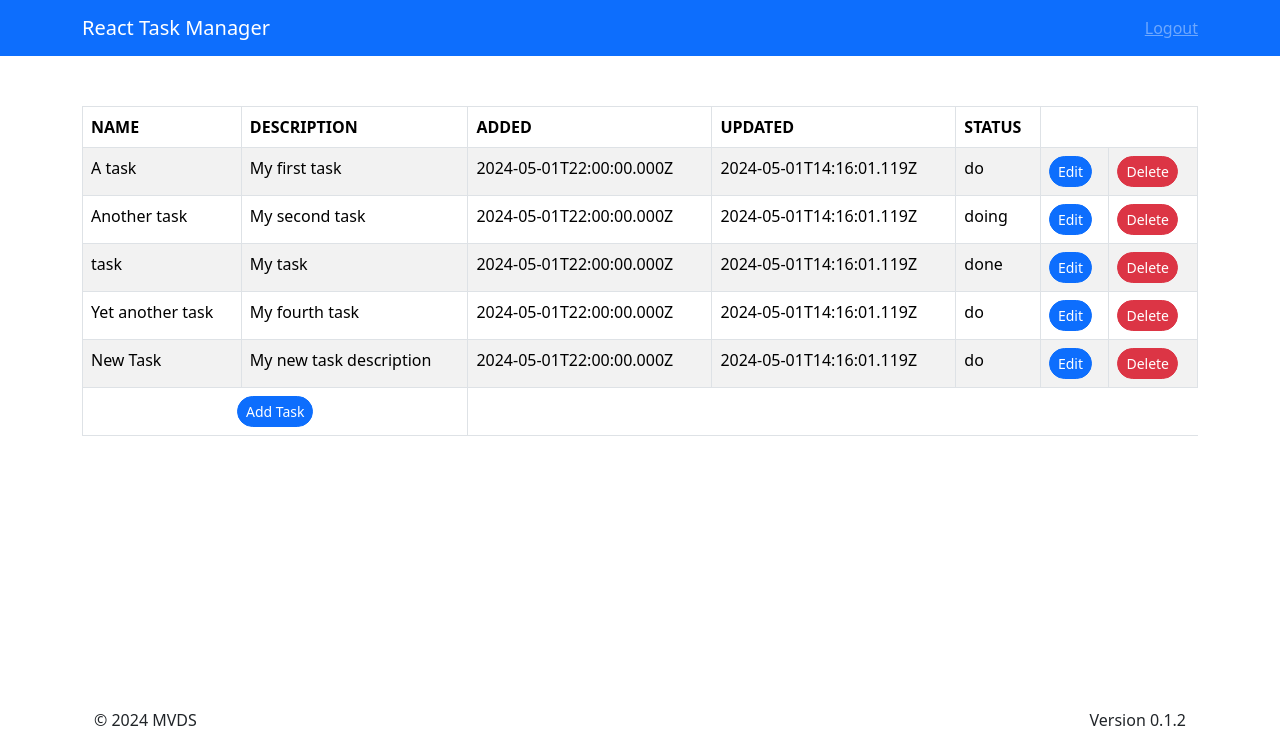
Repository: trider/react-task-manager
Page: /#/tasks
The author's editor kept a copy of each file at every save. The page is drawn from the files as they stood at one save, then again after a run of saves.
The browser window is 1280 px wide. The pictures show the whole page.
The project was rebuilt for these pictures with package versions that can differ from the ones it lists, and the page was loaded fresh each time. Also part of the build but not shown: src/App.css, src/data/_Users.js, src/pages/Login.js.

Above is the page before, as saved 2024-05-10 09:32:28.

### src/App.js
// import logo from './logo.svg';
import './App.css';
import 'bootstrap/dist/css/bootstrap.min.css';
// import { BrowserRouter, Routes, Route } from "react-router-dom";
import {HashRouter as Router, Routes, Route} from "react-router-dom";
import LoginForm from "./pages/Login";
import TaskList from "./pages/Task";

// const path = process.env.REACT_APP_FOR_PATH;

function App() {
  return (
    <div>
      <Router baseline="/">
        <Routes>
          <Route index element={<LoginForm />} />
            <Route path="login" element={<LoginForm />} />
            <Route path="tasks" element={<TaskList />} />
        </Routes>
      </Router>
    </div>
  );
}

export default App;

### src/pages/Task.js
import * as React from 'react';

import { useState } from 'react';
import { useReducer } from 'react';

import Table from 'react-bootstrap/Table';
import Container from 'react-bootstrap/Container';
import Button from 'react-bootstrap/Button';
import Form from 'react-bootstrap/Form';

import NavbarComponent from '../components/Navigation';
import Footer from '../components/Footer';
import ModalComponent from '../components/Modal';

import userTasks from '../data/_Tasks';
import tableCols from '../data/_Cols';
import tasksReducer from '../_Reducers/tasksReducer';

const states = ['do', 'doing', 'done'];




const TaskTable = () => {

  const [tasks, dispatch] = useReducer(tasksReducer, userTasks);
  const [taskName, setTaskName] = useState("A Task");
  const [taskDescription, setTaskDescription] = useState("Task Description");
  const [dateAdded, setDateAdded] = useState(new Date().toISOString());
  const [dateUpdated, setDateUpdated] = useState(new Date().toISOString());
  const [taskStatus, setTaskStatus] = useState("do");
  const [isAdd, setIsAdd] = useState(false);





  const addTask = (task) => {
    setDateAdded(new Date().toISOString());
    setDateUpdated(new Date().toISOString());
    setTaskStatus('do');
    setIsAdd(false);
    dispatch({
      type: 'added',
      task: task,
    });
  }

  const editTask = (task) => {
    task.isEdit = true;
    setIsAdd(false);
    dispatch({
      type: 'edit',
      task: task,
    });
    setIsAdd(false);


  }

  const getButton = (task) => {

    if (task.isEdit) {
      return <Button variant="primary rounded-pill" size='sm' onClick={(e) => updateTask(task)}>
        Update
      </Button>
    }
    else {
      return <Button variant="primary rounded-pill" size='sm' onClick={(e) => editTask(task)}>
        Edit
      </Button>
    }

  }

  const updateTask = (task) => {

    task.isEdit = false;
    task.name = taskName;
    tasks.description = taskDescription
    task.status = taskStatus
    task.updated = new Date().toISOString();



    dispatch({
      type: 'changed',
      task: task,
    });


    setIsAdd(false);



  }

  const deleteTask = (task) => {
    dispatch({
      type: 'deleted',
      task: task,
    });
  }

  const getTask = (task, col) => {
    if (task.isEdit) {
      if (col === 'name') {
        return <Form.Control
          type="text"
          value={taskName}
          onChange={(e) => setTaskName(e.target.value)}
        />
      }
      else if (col === 'description') {
        return <Form.Control
          type="text"
          value={taskDescription}
          onChange={(e) => setTaskDescription(e.target.value)}
        />
      }
      else if (col === 'status') {
        return <Form.Select  onChange={(e) => setTaskStatus(e.target.value)}>
          {states.map((state) => (  <option key={state} value={state}>{state}</option>))}
        </Form.Select>
      }
      else {
        return task[col]
      }


    }
    else {
      return task[col]
    }


  }



  const showTableBody = () => {

    if (isAdd) {

      return <tbody>

        <tr>
          <td>
            <Form.Control
              type="text"
              value={taskName}
              onChange={(e) => setTaskName(e.target.value)}
            />
          </td>
          <td>
            <Form.Control
              type="text"
              value={taskDescription}
              onChange={(e) => setTaskDescription(e.target.value)}

            />
          </td>
          <td>
            {dateAdded}
          </td>
          <td>
            {dateUpdated}
          </td>
          <td>
            do
          </td>

          <td colSpan='2'>
            <div className="d-grid gap-2 d-md-flex justify-content-md-center">

              <Button variant="primary rounded-pill" size='sm' onClick={(e) => addTask({
                name: taskName,
                description: taskDescription,
                user: 'jonnygold',
                status: 'do',
                taskId: tasks.length + 1,
                added: new Date().toISOString(),
                updated: new Date().toISOString(),
                isActive: true,
                isEdit: false
              })}>
                Add
              </Button>
            </div>
          </td>
        </tr>



      </tbody>



    }
    else {
      return <tbody>
        {tasks.map((task) => (
          <tr key={task.id}>
            {tableCols.map((col) => (
              <td key={col}>

                {getTask(task, col)}

              </td>
            ))}

            <td>
              {getButton(task)}
            </td>
            <td>
              <Button variant="danger rounded-pill" size='sm' onClick={(e) => deleteTask(task)}>
                Delete
              </Button>
            </td>
          </tr>
        ))}



        <tr>

          <td colSpan={tableCols.length/2} style={{ backgroundColor: "white" }}>
            <div className="d-grid gap-2 d-md-flex justify-content-md-center">
              <Button variant="primary rounded-pill" size='sm' onClick={(e) => setIsAdd(!isAdd)}>
                Add Task
              </Button>
            </div>
          </td>
        </tr>
      </tbody>

    }


  }






  return (
    <div >
      <Table striped bordered hover size="lg">
        <thead>
          <tr>
            {tableCols.map((col) => (
              <th key={col}>{col.toUpperCase()}</th>
            ))}
            <th colSpan={"2"}></th>
          </tr>
        </thead>

        {showTableBody()}

      </Table>




    </div>
  );
}


const TaskList = () => {
  return (
    <div>

      <NavbarComponent />
      <Container style={{ marginTop: "50px" }}>

        <div style={{ marginTop: "50px" }}>
          <TaskTable />
        </div>

      </Container>
      <Container style={{ paddingTop: '20%' }} >
        <Footer />
      </Container>

    </div>
  );
}

export default TaskList;

### src/components/Footer.js
import * as React from 'react';
import Container from 'react-bootstrap/Container';
import Row from 'react-bootstrap/Row';
import Col from 'react-bootstrap/Col';


const Footer = () => {
  return (
    <footer>
      <Container >
      <Row>
        <Col sm={8}>&copy; 2024 MVDS</Col>
        <Col style={{textAlign:"right"}}>Version 0.1.2</Col>
      </Row>
      </Container>
    </footer>
  );
}

export default Footer;

### src/components/Navigation.js
import * as React from 'react';
import Container from 'react-bootstrap/Container';
import Nav from 'react-bootstrap/Nav';
import Navbar from 'react-bootstrap/Navbar';
import {Link as ReactLink} from "react-router-dom";






const NavbarComponent = () => {
  return (
    <Navbar bg="primary" expand="lg" data-bs-theme="dark">
      <Container>
        <Navbar.Brand href="#home">React Task Manager</Navbar.Brand>
        <Navbar.Toggle aria-controls="basic-navbar-nav" />
        <Navbar.Collapse id="basic-navbar-nav">
          <Nav className="me-auto" >
          </Nav>

          <div className='Nav'>
            <ReactLink to="/login">Logout</ReactLink>
          </div>
        </Navbar.Collapse>
      </Container>
    </Navbar>
  );
}



export default NavbarComponent;

### src/data/_Tasks.js
const userTasks= [
 {
   id: "6630ab326e723ac1ea6dce7a",
   description: "My first task",
   name: "A task",
   taskId: 1,
   user: "jonnygold",
   added: "2024-05-01T22:00:00.000Z",
   updated: "2024-05-01T14:16:01.119Z",
   status: "do",
   isActive: true,
   isEdit: false
 },
 {
   id: "6630fe5d6e723ac1ea6dce7e",
   description: "My second task",
   name: "Another task",
   taskId: 2,
   user: "jonnygold",
   added: "2024-05-01T22:00:00.000Z",
   updated:"2024-05-01T14:16:01.119Z",
   status: "doing",
   isActive: true,
   isEdit: false
 },
 {
   id: "6630fe826e723ac1ea6dce7f",
   description: "My task",
   name: "task",
   taskId: 3,
   user: "jonnygold",
   added: "2024-05-01T22:00:00.000Z",
   updated:"2024-05-01T14:16:01.119Z",
   status: "done",
   isActive: true,
   isEdit: false
 },
 {
   id: "6631f17cc4c9b7f5ab3c28c3",
   name: "Yet another task",
   description: "My fourth task",
   user: "jonnygold",
   taskId: 4,
   added: "2024-05-01T22:00:00.000Z",
   updated:"2024-05-01T14:16:01.119Z",
   isActive: true,
   status: "do",
   isEdit: false

 },
 {
   id: "66323f0d54b80929f84ebdd2",
   user: "jonnygold",
   name: "New Task",
   description: "My new task description",
   status: "do",
   taskId: 5,
   added: "2024-05-01T22:00:00.000Z",
   updated:"2024-05-01T14:16:01.119Z",
   isActive: true,
   isEdit: false
 }

]

export default userTasks

### src/data/_Cols.js
const tableCols = [
 'name',
 'description',
 'added',
 'updated',
 'status',
];

export default tableCols

### src/_Reducers/tasksReducer.js
export default function tasksReducer(tasks, action) {
 switch (action.type) {
   case 'added': {
     return [
       ...tasks,
       {
         id: action.id,
         ...action.task,
         done: false,
       },
     ];
   }
   case 'edit': {
    return tasks.map((t) => {
      if (tasks.filter((t) => t.isEdit === true).length < 1) {
            if (t.taskId === action.task.taskId) t = !t.isEdit;
          }
     return t;
    });
  }
   case 'changed': {



     return tasks.map((t) => {
      if (t.taskId === action.task.taskId) return action.task


      return t;

     })






   }
   case 'deleted': {
     return tasks.filter((t) => t.taskId !== action.task.taskId);
   }
   default: {
     throw Error('Unknown action: ' + action.type);
   }
 }
}

### src/components/Modal.js
import { useState } from 'react';
import Button from 'react-bootstrap/Button';
import Modal from 'react-bootstrap/Modal';
import Form from 'react-bootstrap/Form';




const FormBody = (props) => {


  const [taskName, setTaskName] = useState("A Task");
  const [taskDescription, setTaskDescription] = useState("Task Description");



  return (
    <div>
      <Form onSubmit={(e) => {
        alert(`Task Name: ${taskName} Task Description: ${taskDescription}`);
        setTask({ name: taskName, description: taskDescription });



      }}>

        <Form.Group className="mb-3" controlId="taskName">
          <Form.Label>Name</Form.Label>
          <Form.Control
            type="text"
            value={taskName}
            onChange={(e) => setTaskName(e.target.value)}


          />
        </Form.Group>
        <Form.Group className="mb-3" controlId="taskDescription">
          <Form.Label>Description</Form.Label>
          <Form.Control
            type="text"
            value={taskDescription}
            onChange={(e) => setTaskDescription(e.target.value)}

          />
        </Form.Group>

        <div className="d-grid gap-2">
          <Button variant="primary" type="submit" >Submit</Button>
        </div>
      </Form>
      <div className='text-center'>{JSON.stringify(task)}</div>
    </div>
  );

}

const ModalComponent = (props) => {
  const [show, setShow] = useState(false);

  const handleClose = () => setShow(false);
  const handleShow = () => setShow(true);
  return (
    <div >
      <Button variant="primary" onClick={handleShow} className='rounded-pill' size={props.size}>
        {props.title}
      </Button>

      <Modal show={show} onHide={handleClose}>
        <Modal.Header closeButton>
          <Modal.Title>{props.title}</Modal.Title>
        </Modal.Header>
        <Modal.Body>
          <FormBody />



        </Modal.Body>
        <Modal.Footer>
          <div className="d-grid gap-2">



            <Button variant="primary" onClick={handleClose}>
              Close
            </Button>
          </div>

        </Modal.Footer>
      </Modal>
    </div>
  );
}

export default ModalComponent;

Loaded but not shown: public/index.html (common file); src/index.js (common file); src/index.css (common file); src/reportWebVitals.js (common file)

After the next 2 saves:
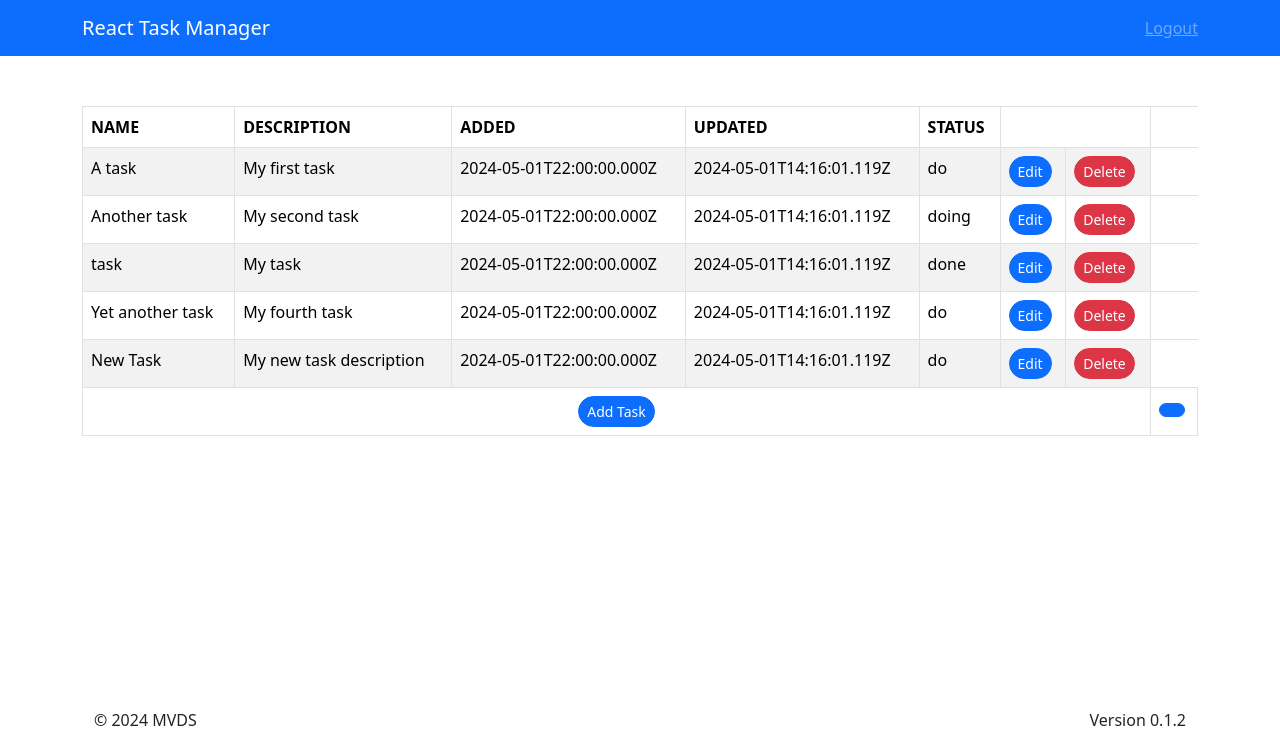
The 2 saves are shown as one change because 1 did not build or start.
The last was saved 107 s later.
--- a/src/pages/Task.js
+++ b/src/pages/Task.js
@@ -224,12 +224,16 @@ const TaskTable = () => {
 
         <tr>
 
-          <td colSpan={tableCols.length/2} style={{ backgroundColor: "white" }}>
+          <td colSpan={tableCols.length+2} style={{ backgroundColor: "white" }}>
             <div className="d-grid gap-2 d-md-flex justify-content-md-center">
               <Button variant="primary rounded-pill" size='sm' onClick={(e) => setIsAdd(!isAdd)}>
                 Add Task
               </Button>
+
             </div>
+          </td>
+          <td>
+          <ModalComponent />
           </td>
         </tr>
       </tbody>
